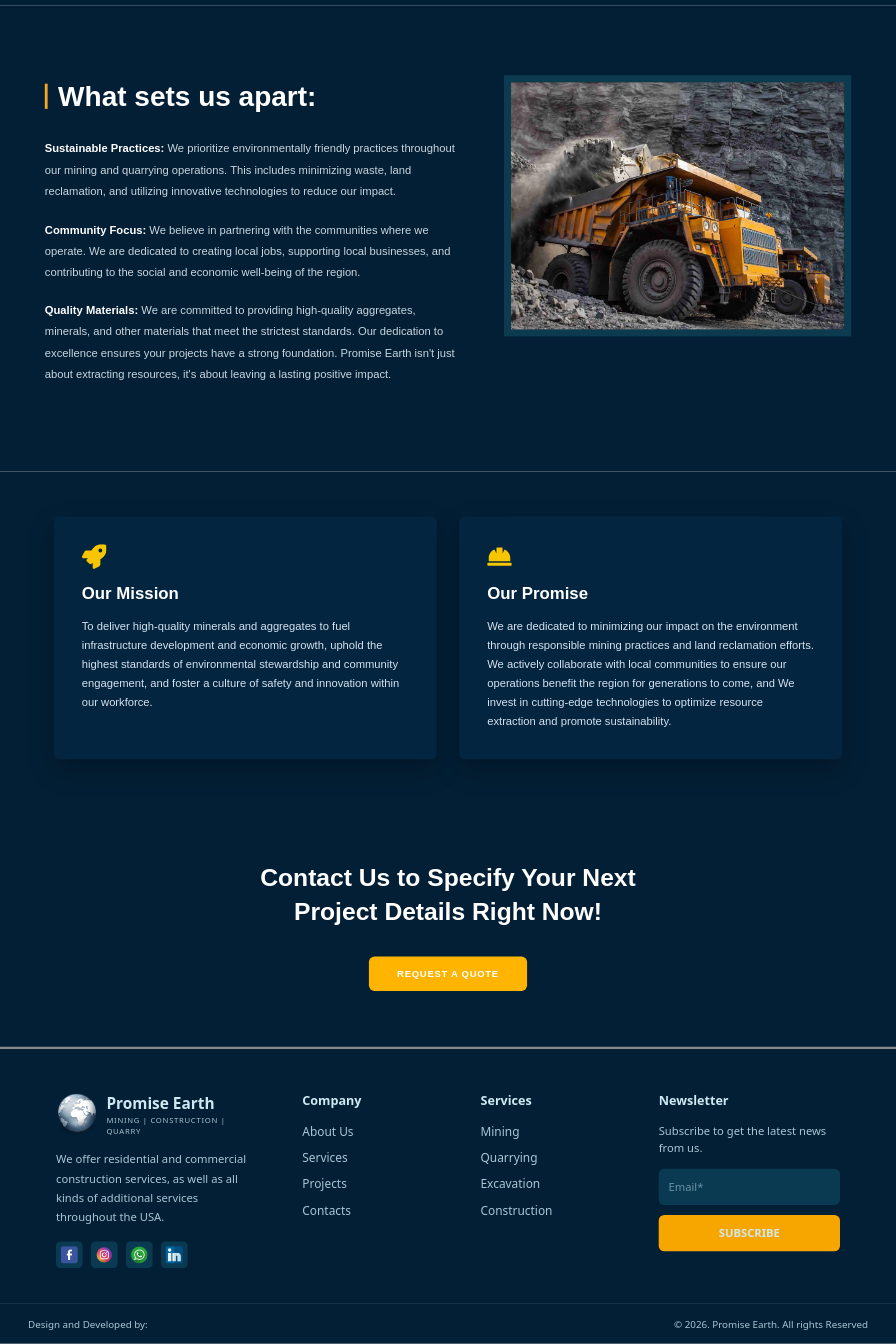
Repository: KC-Minchakpu/promise-earth
Page: /AboutUs
The author's editor kept a copy of each file at every save. The page is drawn from the files as they stood at one save, then again after the next save.
The browser window is 1280 px wide. The pictures show the part of the page from y = 1501 to 3421 px (the page is 3421 px tall before and 3412 px after), at 70% of full size.
The project was rebuilt for these pictures with package versions that can differ from the ones it lists, and the page was loaded fresh each time. The framework's server and built-in components were replaced by stand-ins that run in the browser. Also part of the build but not shown: next.config.ts.

Above is the page before, as saved 2026-02-27 12:57:27.

After the next save:
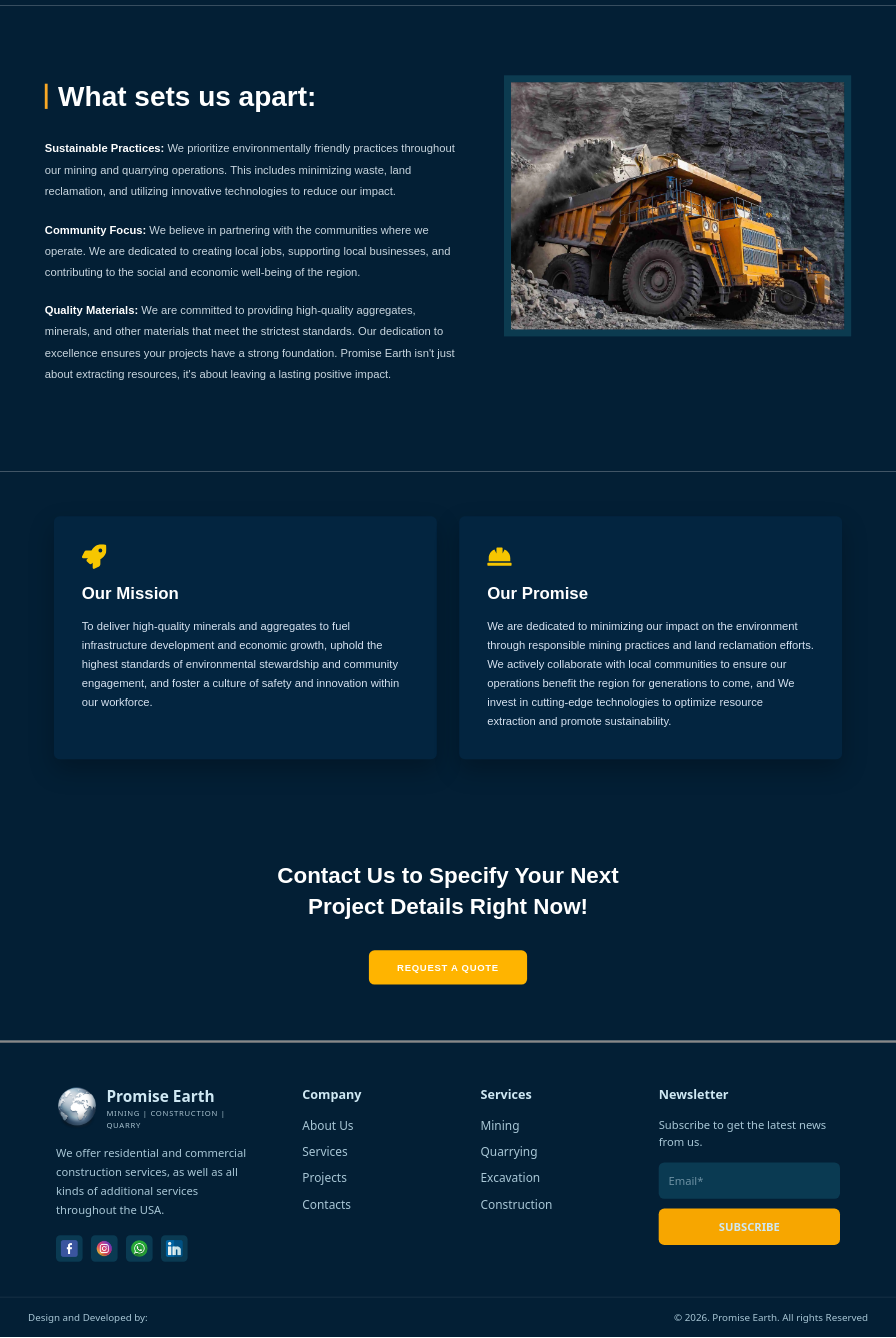
Saved 8 s later.
--- a/src/components/About/CallToAction.module.css
+++ b/src/components/About/CallToAction.module.css
@@ -5,7 +5,7 @@
 }
 
 .heading {
-  font-size: 2.2rem;
+  font-size: 2rem;
   font-weight: 800;
   font-family: "Play" sans-serif;
   color: #ffffff;
